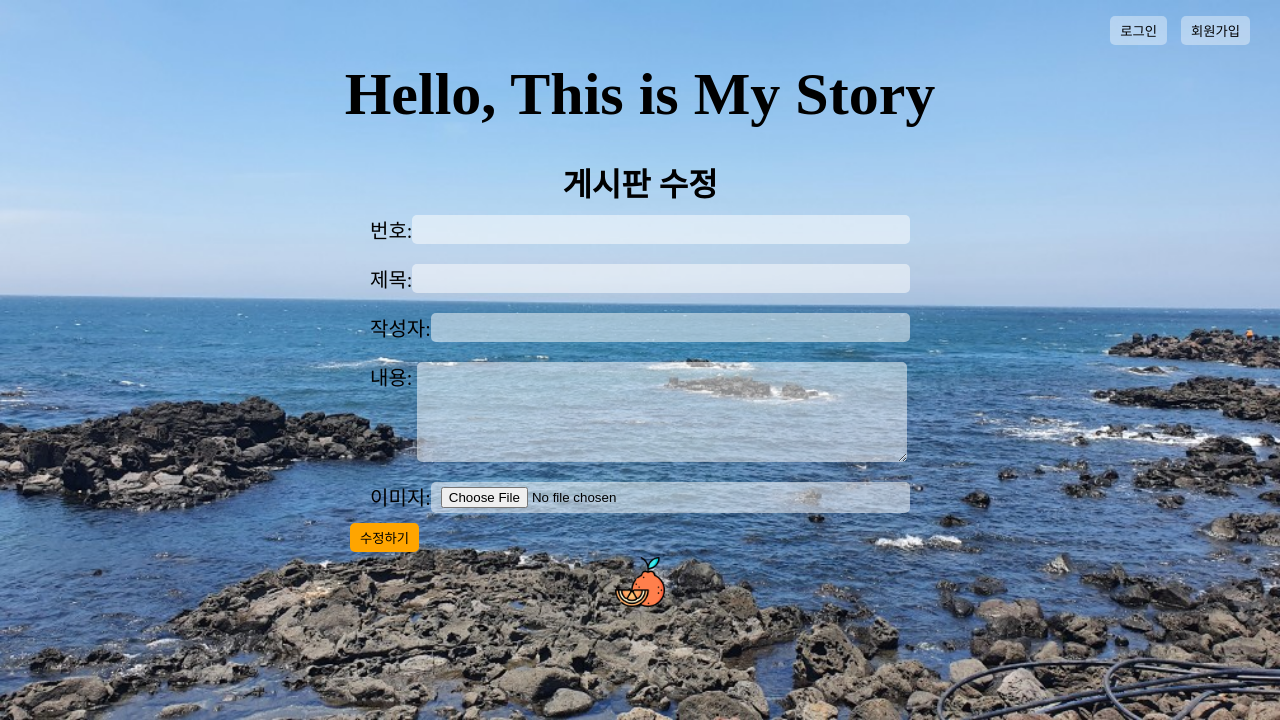
Repository: jeeniii/test2022_12_29
Page: http://localhost/portfolio/board/modify.jsp
An editor plug-in stored every save of this project. The page is shown before and after the next save, followed by the edit.
The browser window is 1280 px wide. The pictures show the whole page.
The page is served by Tomcat 9. Other server files are loaded and not shown. The template is opened directly, without the code that normally fills it, so the values that code supplies are empty.

Above is the page before, as saved 2022-12-14 03:15:53.

### JSP_Portfolio/portfolio/src/main/webapp/board/modify.jsp
<%@ page language="java" contentType="text/html; charset=UTF-8"
    pageEncoding="UTF-8"%>
<!DOCTYPE html>
<html>
<head>
<meta charset="UTF-8">
<title>Insert title here</title>
<link rel="stylesheet" href="/resources/css/boardModify.css" type="text/css">
<%@ include file="/header.jsp" %>
</head>
<body>
<div class="container">
<h1>게시판 수정</h1>
	<form action="/brd/update" method="post" enctype="multipart/form-data">
		<div class="bm_put">
			<span>
				번호:
			</span>
		 <input type="text" name="bno" value="${bvo.bno }" readonly="readonly"> <br>
		</div>
		<div class="bm_put">
			<span>
				제목:
			</span>
		 <input type="text" name="title" value="${bvo.title }"> <br>
		</div>
		<div class="bm_put">
			<span>
				작성자:
			</span>
		 <input type="text" name="writer" value="${ses.nick_name }" readonly="readonly"> <br>
		</div>
		<div class="bm_put">
			<span>
				내용:
			</span>
		 <textarea rows="3" cols="30" name="content" >${bvo.content }</textarea>
		</div>
		<div class="bm_put">
			<span>
				이미지:
			</span>
			<input type="hidden" name="image_file" value="${bvo.image_file }">
			<input type="file" name="new_file" accept="image/png, image/jpg, img/jpeg, image/gif">
		</div>
		<button type="submit">수정하기</button>
	</form>
</div>
<%@ include file="/footer.jsp" %>
</body>
</html>

### JSP_Portfolio/portfolio/src/main/webapp/header.jsp
<%@ page language="java" contentType="text/html; charset=UTF-8"
    pageEncoding="UTF-8"%>
    <%@ taglib uri="http://java.sun.com/jsp/jstl/core" prefix="c" %>
<!DOCTYPE html>
<html>
<head>
<meta charset="UTF-8">

<link rel="stylesheet" href="/resources/css/header.css" type="text/css">
</head>
<body>
	<header>
		<div class="realHeader">
			<div class="headbar">
				<ul>

					<c:if test="${ses.id ne null }">
						<li>
							${ses.nick_name }님
						</li>
						<li>
							<a href="/mem/logout?id=${ses.id }"><button type="button">로그아웃</button></a>
						</li>
						<li>
							<a href="/mem/modify?id=${ses.id }"><button type="button">회원정보수정</button></a>
						</li>
					</c:if>

					<c:if test="${ses.id eq null }">
						<li>
							<a href="/mem/login"><button type="button">로그인</button></a>
						</li>
						<li>
							<a href="/mem/join"><button type="button"> 회원가입</button></a>
						</li>
					</c:if>
				</ul>
			</div>
		</div>
		<div class="topic">
			<h1>Hello, This is My Story</h1>
		</div>
	</header>
</body>
</html>

### JSP_Portfolio/portfolio/src/main/webapp/footer.jsp
<%@ page language="java" contentType="text/html; charset=UTF-8"
    pageEncoding="UTF-8"%>
    <%@ taglib uri="http://java.sun.com/jsp/jstl/core" prefix="c" %>
<!DOCTYPE html>
<html>
<head>
<meta charset="UTF-8">
<title>Insert title here</title>
<link rel="stylesheet" href="/resources/css/footer.css" type="text/css">
</head>
<body>
<footer>
		<a href="/" id="hanlabtn"><button type="button"><img src="/resources/한라봉.png" id="hanlabong"></button></a>
</footer>
</body>
</html>

### JSP_Portfolio/portfolio/src/main/webapp/resources/css/boardModify.css
@charset "UTF-8";
.container{
	width:580px;
	margin: 0 auto;
	padding: 0px;
	margin-top: 30px;
}
h1{
	text-align: center;
}
.bm_put{
	font-size:20px;
	display: inline-flex;
	width: 100%;
	padding: 10px 20px;
}
.bm_put>input{
	flex: 1 1 0%;
	border: 0px;
	padding: 5px 10px;
	border-radius: 5px;
	background-color: rgba(255, 255, 255, 0.503);
}
textarea{
	width: 490px;
	height: 100px;
	border: 0px;
	border-radius: 5px;
	margin-left: 5px;
	background-color: rgba(255, 255, 255, 0.503);
}
button[type="submit"]{
	border: 0px;
	padding: 5px 10px;
	background-color: orange;
	border-radius: 5px;
}

### JSP_Portfolio/portfolio/src/main/webapp/resources/css/header.css
@charset "UTF-8";
* {
    margin: 0;
    padding: 0;
    box-sizing: border-box;
}
body{
	width:100%;
	height:100%;
	background-image: url("/resources/제주 바다.jpg");
	background-repeat: no-repeat;
	background-size: cover;
}
.topic{
	text-align: center;
	font-size: 30px;
}
.realHeader{
	height: 60px;
}
.headbar{
	display: flex;
	align-items: center;
	float: right;
	padding: 0px 30px;
	height: 60px;
}
.headbar>ul{
    list-style-type: none;
}
.headbar>ul>li{
	display: inline;;
	margin-left: 10px;
	line-height: 30px;
	vertical-align: middle;
}
.headbar>ul>li>a{
	font-size: 20px;
	font-weight: 700px;
	color: black;
    text-decoration-line:none ;
}
button[type="button"]{
	border: 0px;
	padding: 5px 10px;
	border-radius: 5px;
	background-color: rgba(255, 255, 255, 0.377);
}

### JSP_Portfolio/portfolio/src/main/webapp/resources/css/footer.css
@charset "UTF-8";
#hanlabong{
    width: 50px;
    height: 50px;
}

#hanlabtn{
	background-color: transparent;
	border:none;
	cursor: pointer;
}
#hanlabtn button{
	background-color: transparent;
	border:none;
	cursor: pointer;

}
#hanlabtn:hover{
	transform:scale(1.5);
  	transition: transform .5s;
}
footer{
	width: 100%;
	display: flex;
	justify-content: center;
}

After the next save:
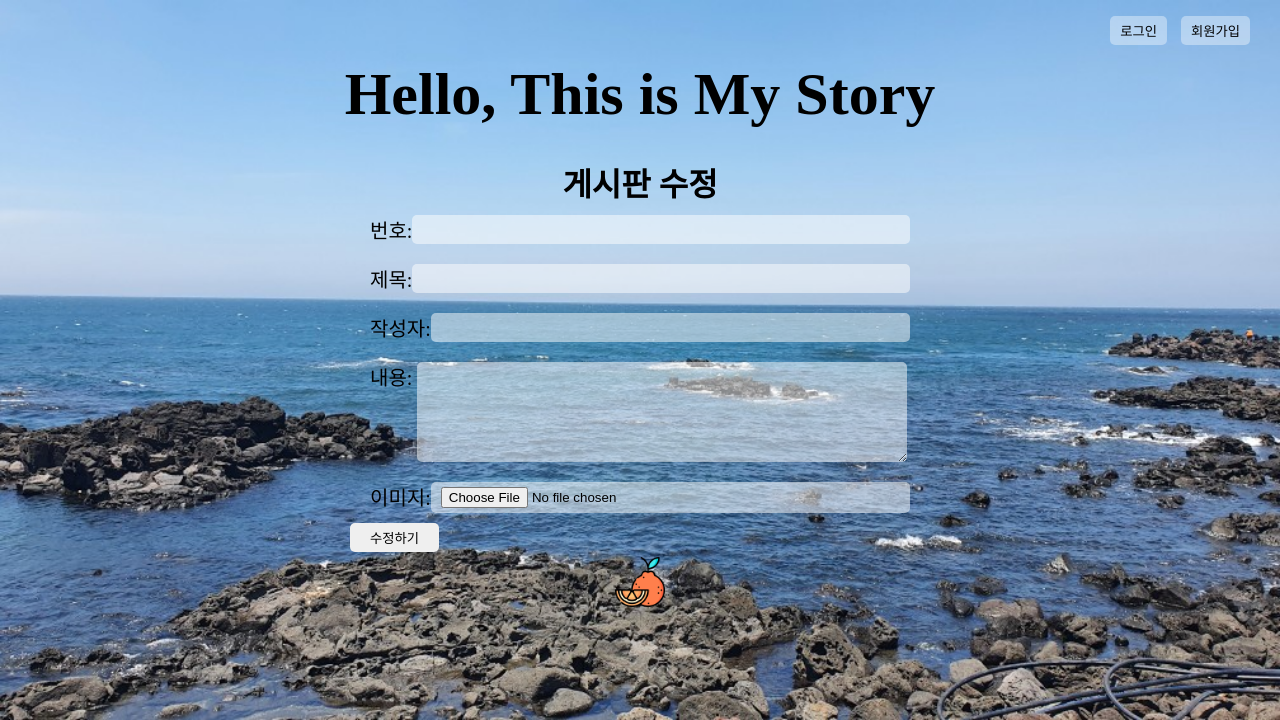
Saved 31 s later.
--- a/JSP_Portfolio/portfolio/src/main/webapp/resources/css/boardModify.css
+++ b/JSP_Portfolio/portfolio/src/main/webapp/resources/css/boardModify.css
@@ -30,8 +30,7 @@ textarea{
 	background-color: rgba(255, 255, 255, 0.503);
 }
 button[type="submit"]{
-	border: 0px;
-	padding: 5px 10px;
-	background-color: orange;
 	border-radius: 5px;
+	border: none;
+	padding: 5px 20px;
 }
